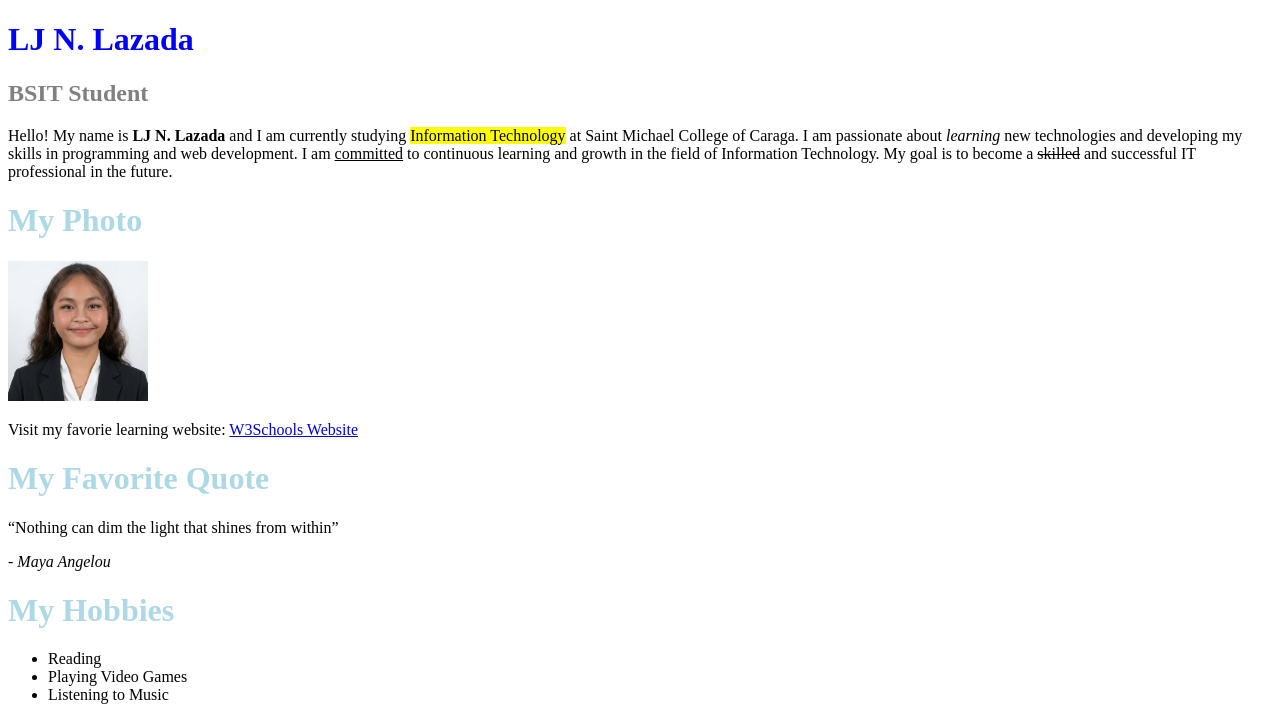
Repository: ljlazada11/myfirsthtml
Page: index.html
These files come from the project's save history. The page is drawn as it stood at one moment and after the next save; the edit follows.
The browser window is 1280 px wide. The pictures show the whole page.

Above is the page before, as saved 2026-06-24 19:54:59.

After the next save:
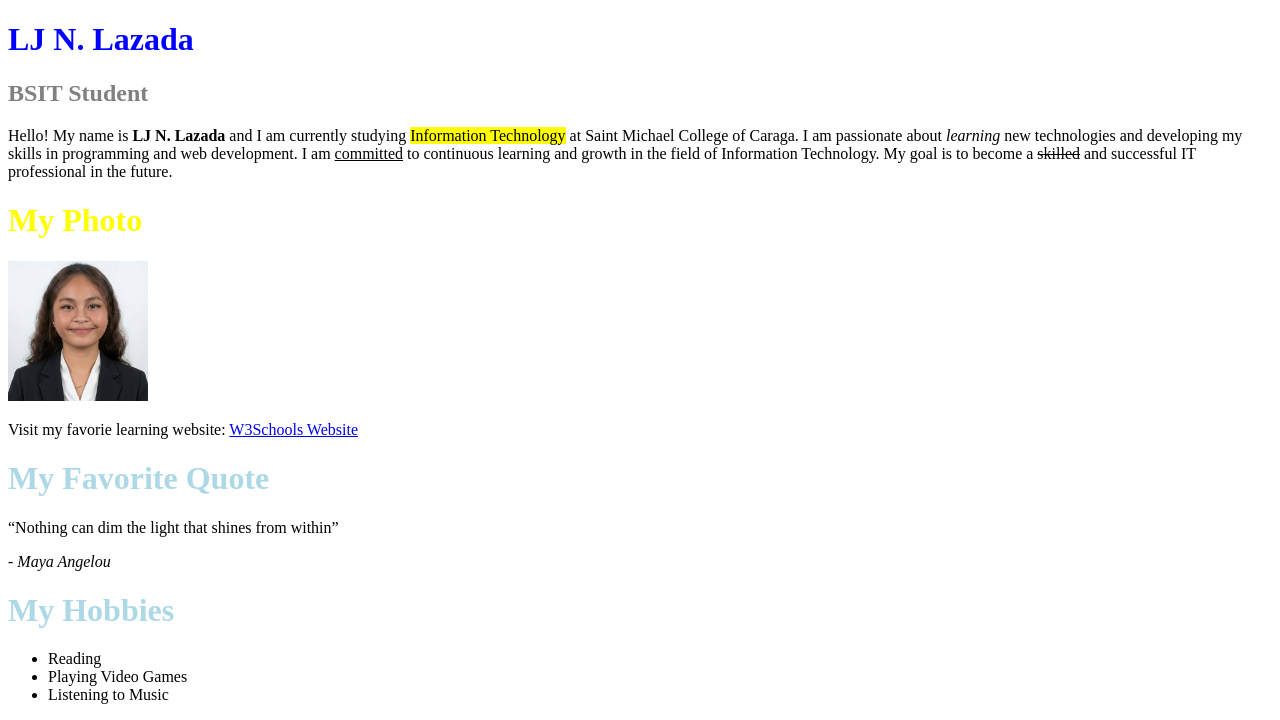
Saved 37 s later.
--- a/index.html
+++ b/index.html
@@ -12,7 +12,7 @@
     <h2 style="color:gray;">BSIT Student</h2>
     <p>Hello! My name is <strong>LJ N. Lazada</strong> and I am currently studying <mark>Information Technology</mark> at Saint Michael College of Caraga. I am passionate about <i>learning</i> new technologies and developing my skills in programming and web development. I am <ins>committed</ins> to continuous learning and growth in the field of Information Technology. My goal is to become a <del>skilled</del> and successful IT professional in the future.</p>
 </body>
-    <h1 style="color:lightblue;">My Photo</h1>
+    <h1 style="color:yellow;">My Photo</h1>
     <img src="pic.jpg" alt="My	Profile	Picture" width="140" height="140">
     <p> Visit my favorie learning website: <a href="https://www.w3schools.com/html/default.asp" target="_blank">W3Schools	Website</a></p>
 
